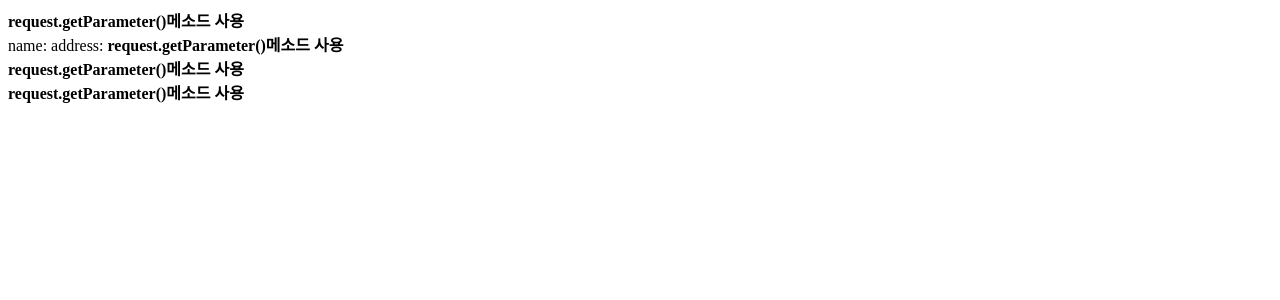
Repository: sgnq008-tech/JSP
Page: http://localhost/WebProject/implicit/viewParameter.jsp
An editor plug-in stored every save of this project. The page is shown before and after the next save, followed by the edit.
The browser window is 1280 px wide. The pictures show the whole page.
The page is served by Tomcat 9. Other server files are loaded and not shown.

Above is the page before, as saved 2026-09-10 07:09:32.

### jsp_workspace/WebProject/src/main/webapp/implicit/viewParameter.jsp
<%@ page language="java" contentType="text/html; charset=UTF-8"
    pageEncoding="UTF-8"%>
    <%@ page isErrorPage="true" %>
 <%
    request.setCharacterEncoding("utf-8");
 %>
<!DOCTYPE html>
<html>
<head>
<meta charset="UTF-8">
<title>요청 파라미터 출력</title>
</head>
<body>
<b> request.getParameter()메소드 사용</b><br>
  name:
  address:
<b> request.getParameter()메소드 사용</b><br>

<b> request.getParameter()메소드 사용</b><br>

<b> request.getParameter()메소드 사용</b><br>


</body>
</html>

After the next save:
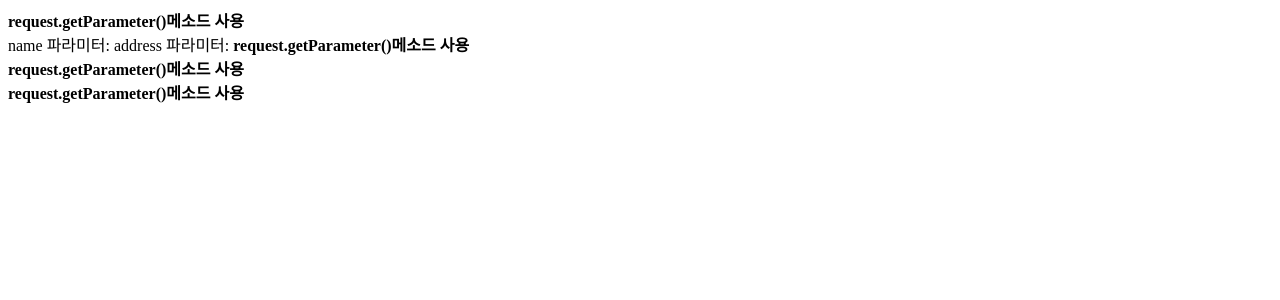
Saved 8 s later.
--- a/jsp_workspace/WebProject/src/main/webapp/implicit/viewParameter.jsp
+++ b/jsp_workspace/WebProject/src/main/webapp/implicit/viewParameter.jsp
@@ -12,8 +12,8 @@
 </head>
 <body>
 <b> request.getParameter()메소드 사용</b><br>
-  name:
-  address:
+  name 파라미터:
+  address 파라미터:
 <b> request.getParameter()메소드 사용</b><br>
 
 <b> request.getParameter()메소드 사용</b><br>
